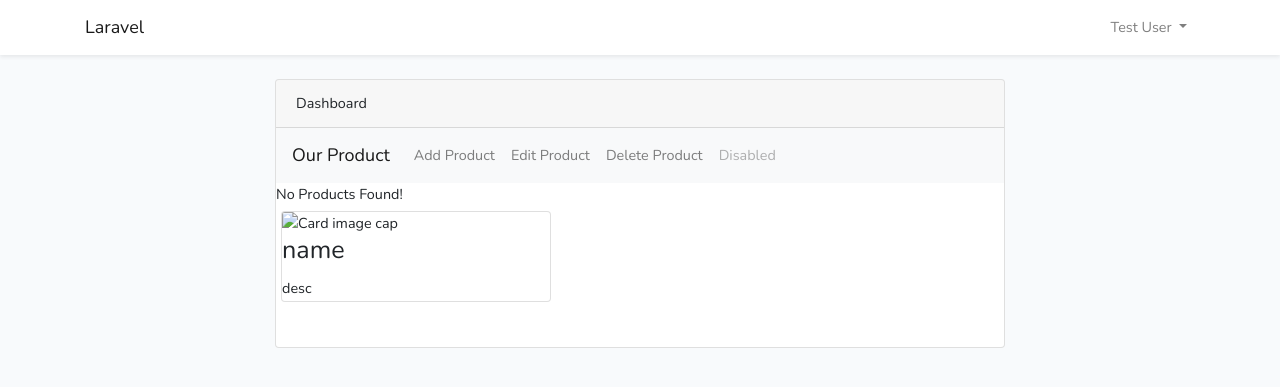
Repository: Fateen980/Tawfiq
Page: http://localhost/home
These files come from the project's save history. The page is drawn as it stood at one moment and after a run of saves; the edit follows.
The browser window is 1280 px wide. The pictures show the whole page.
The page is served by the project's Laravel application, run on PHP 8.4 with Laravel 8. A made-up administrator, Test User (test@example.com), is signed in. Queries for data that is not in the repository find no rows.

Above is the page before, as saved 2020-09-17 09:11:49.

After the next 2 saves:
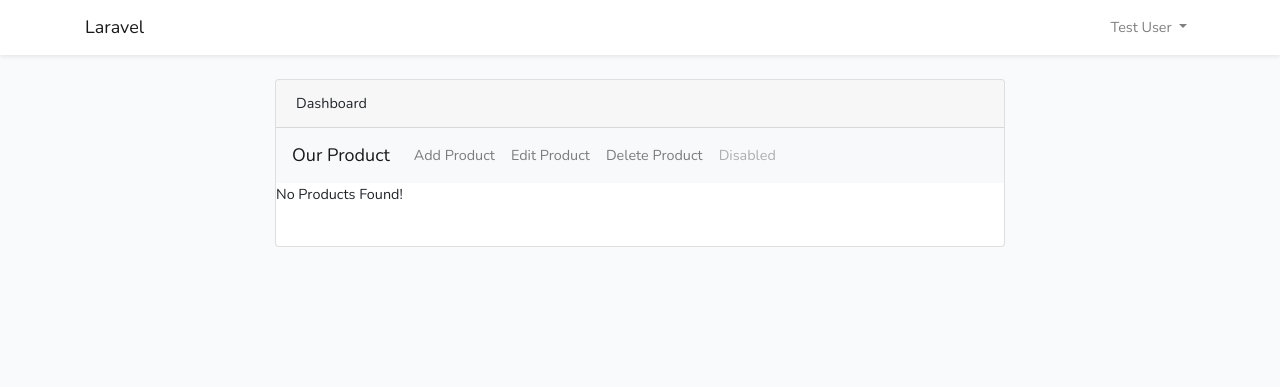
The 2 saves are shown as one change because they came seconds apart.
The last was saved 85 s later.
--- a/resources/views/home.blade.php
+++ b/resources/views/home.blade.php
@@ -39,16 +39,16 @@
 @endif
 
 
-
+@foreach ($Products as $product)
 <div class="card" style="width: 270px;margin: 5px">
         <img class="card-img-top"  alt="Card image cap">
         <div class="card-block">
-            <h3 class="card-title">name</h3>
-            <p class="card-text">  desc </p>
+            <h3 class="card-title">{{ $product->name }}</h3>
+            <p class="card-text">  {{ $product->desc }} </p>
 
         </div>
     </div>
-
+@endforeach
 
 
                 <div class="card-body">
